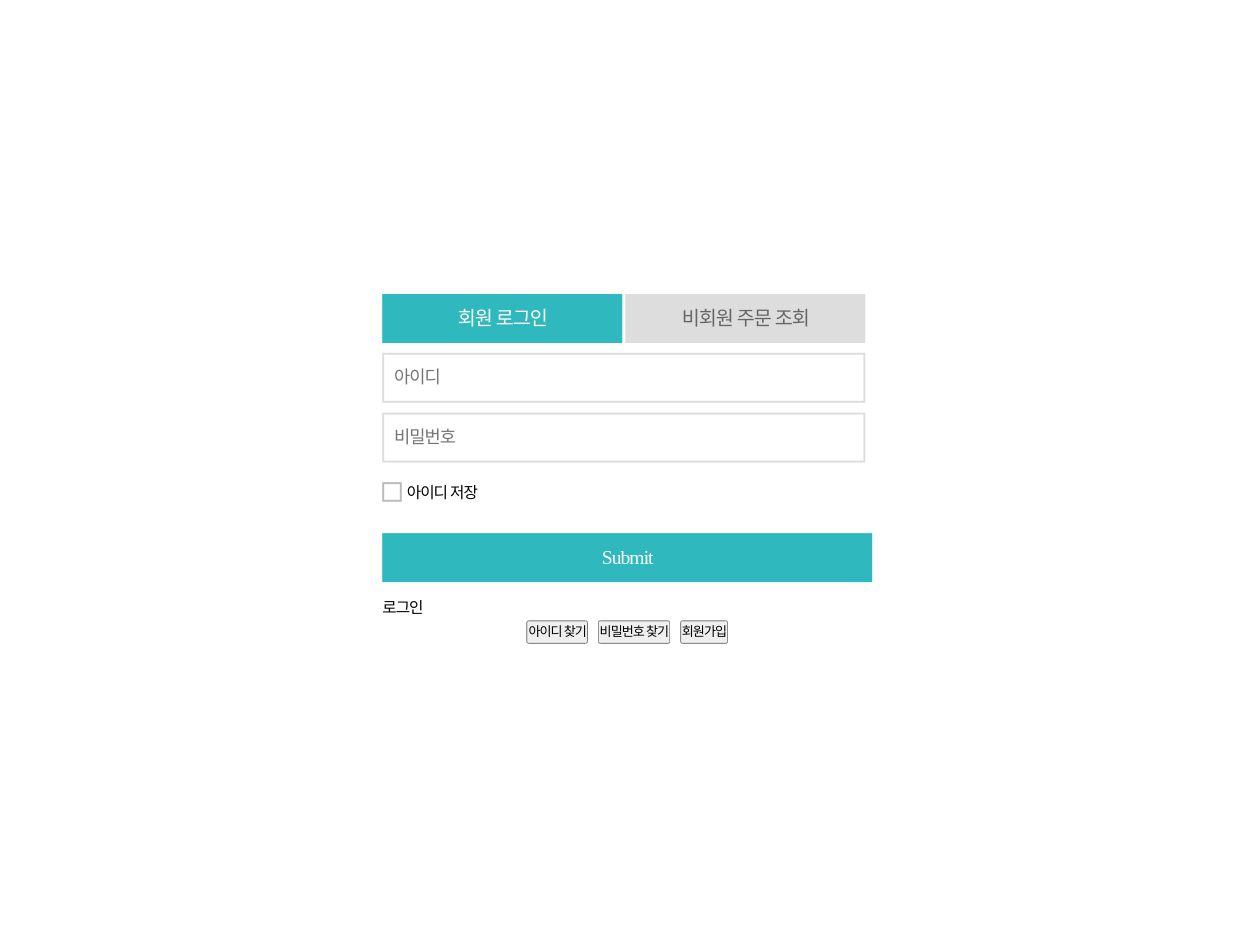
Repository: InhoKang92/jsp_1018
Page: http://localhost/Web_01/login.jsp
An editor plug-in stored every save of this project. The page is shown before and after the next save, followed by the edit.
The browser window is 1280 px wide. The pictures show the whole page, at 98% of full size.
Some web fonts or font styles are not loaded; a fallback is used. The page is served by Tomcat 9. Other server files are loaded and not shown.

Above is the page before, as saved 2024-10-16 01:35:17.

### Web_01/src/main/webapp/login.jsp
<%@ page language="java" contentType="text/html; charset=UTF-8"
pageEncoding="UTF-8"%>
<!DOCTYPE html>
<html>
<head>
<meta charset="UTF-8">

<link rel="stylesheet" href="css/reset.css">
<link rel="stylesheet" href="css/login.css">

<title>모던하우스 회원 로그인</title>
</head>
<body>

<form>
        <div class="login_box">
            <div class="member_btn_box">
                <button class="mem">회원 로그인</button>
                <button class="notmem">비회원 주문 조회</button>
            </div>
            <div class="input_box">
                <input class="id_input" type="text" placeholder="아이디">
                <input class="pw_input" type="password" placeholder="비밀번호">
                <div class="save_box">
                    <input id="check" type="checkbox">
                    <label for="check"></label>
                    <p class="save">아이디 저장</p>
                </div>

            </div>
            <input type="submit" class="login_btn">로그인</button>
            <div class="etc_box">
                <button>아이디 찾기</button>
                <button>비밀번호 찾기</button>
                <button>회원가입</button>
            </div>
        </div>
    </form>

</body>
</html>

### Web_01/src/main/webapp/css/reset.css
@charset "utf-8";

@font-face {
    font-family: 'Pretendard-Regular';
    src: url('https://fastly.jsdelivr.net/gh/Project-Noonnu/noonfonts_2107@1.1/Pretendard-Regular.woff') format('woff');
    font-weight: 400;
    font-style: normal;
}

/* CSS 리셋 */
* {
    margin: 0;
    padding: 0;
    color: #000;
    list-style: none;
    text-decoration: none;
    box-sizing: border-box;
    line-height: 1.5;
    letter-spacing: -1px;
    font-family: 'Pretendard-Regular';
}

### Web_01/src/main/webapp/css/login.css
@charset "utf-8";


.login_box {
    width: 500px;
    margin: 300px auto;
}

.member_btb_box {
    width: 100%;
    display: flex;
    justify-content: space-between;
    gap: 10px;
}

.mem {
    width: 245px;
    background-color: #2fb8bd;
    border: none;
    color: #fff;
    font-size: 20px;
    padding: 10px;
    cursor: pointer;
}
.notmem {
    width: 245px;
    background-color: #ddd;
    border: none;
    color: #666;
    font-size: 20px;
    padding: 10px;
    cursor: pointer;
}

.input_box {
    width: 500px;
    margin-top: 10px;
}
.id_input {
    display: inline-block;
    width: 493px;
    border: 2px solid #ddd;
    padding: 10px;
    font-size: 18px;
}

.pw_input {
    display: inline-block;
    width: 493px;
    border: 2px solid #ddd;
    padding: 10px;
    font-size: 18px;
    margin-top: 10px;
    margin-bottom: 20px;
}

.save_box {
    position: relative;
    margin-bottom: 10px;
}
#check {
    display: none;
}
#check + label {
    display: inline-block;
    width: 20px;
    height: 20px;
    border: 2px solid #bbb;
    position: relative;
}
#check:checked + label::after{
    content:'✔';
    font-size: 18px;
    width: 20px;
    height: 20px;
    text-align: center;
    position: absolute;
    left: -2px;
    top:-6px;
    color: #2fb8bd;
}
.save {
    display: inline-block;
    position: absolute;
    top: -1px;
    left: 25px;
}

.login_btn {
    text-align: center;
    width: 500px;
    background-color: #2fb8bd;
    border: none;
    color: #fff;
    font-size: 20px;
    padding: 10px;
    margin-top: 15px;
    margin-bottom: 15px;
    cursor: pointer;
}
.etc_box {
    width: 500px;
    display: flex;
    justify-content: center;
    gap: 10px;
}
.etc_box>input {
    position: relative;
    background: none;
    border: none;
    padding: 5px;
    font-size: 14px;
    color: #666;
    cursor: pointer;
}

After the next save:
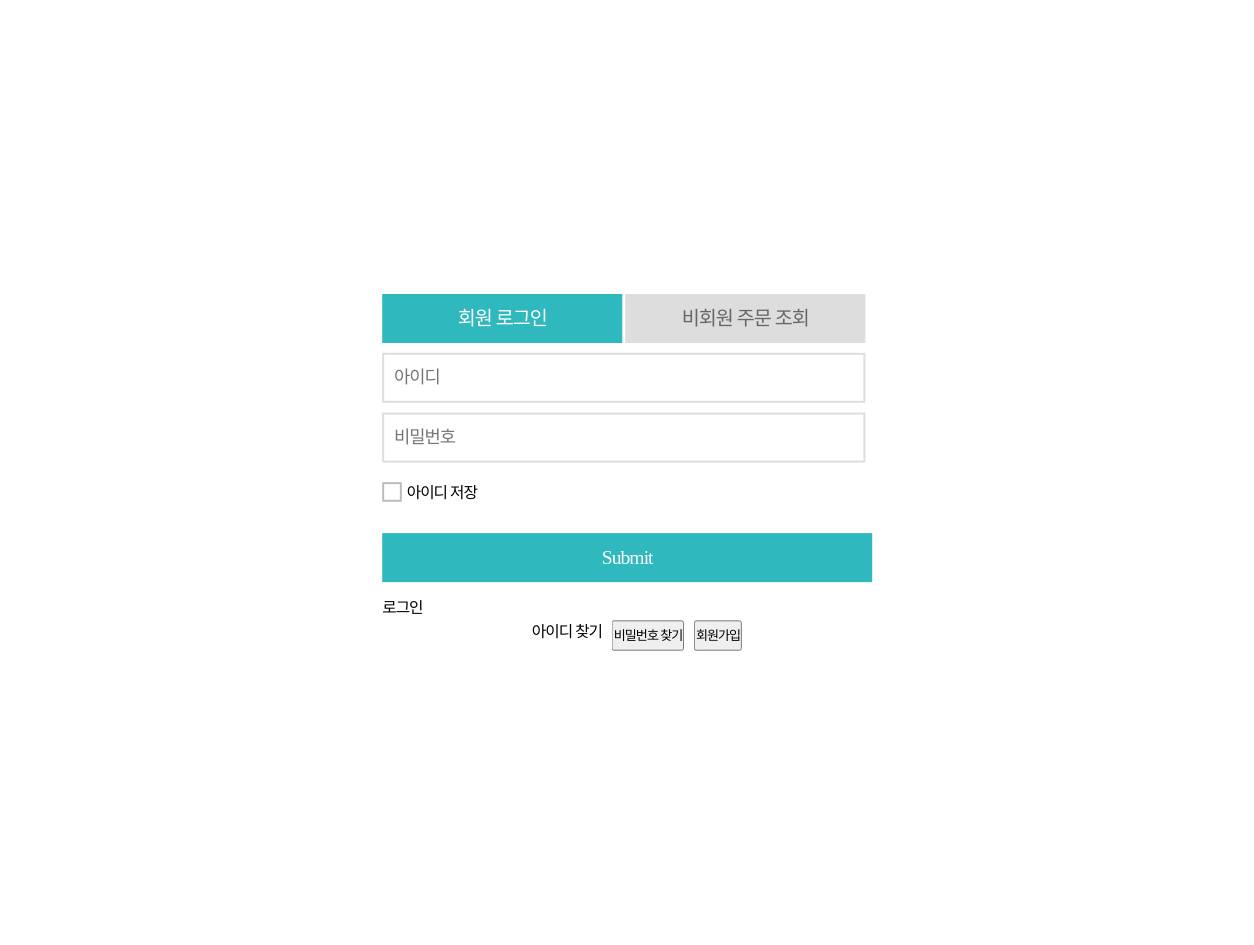
Saved 22 s later.
--- a/Web_01/src/main/webapp/login.jsp
+++ b/Web_01/src/main/webapp/login.jsp
@@ -30,7 +30,7 @@ pageEncoding="UTF-8"%>
             </div>
             <input type="submit" class="login_btn">로그인</button>
             <div class="etc_box">
-                <button>아이디 찾기</button>
+                <input type="button">아이디 찾기</button>
                 <button>비밀번호 찾기</button>
                 <button>회원가입</button>
             </div>
